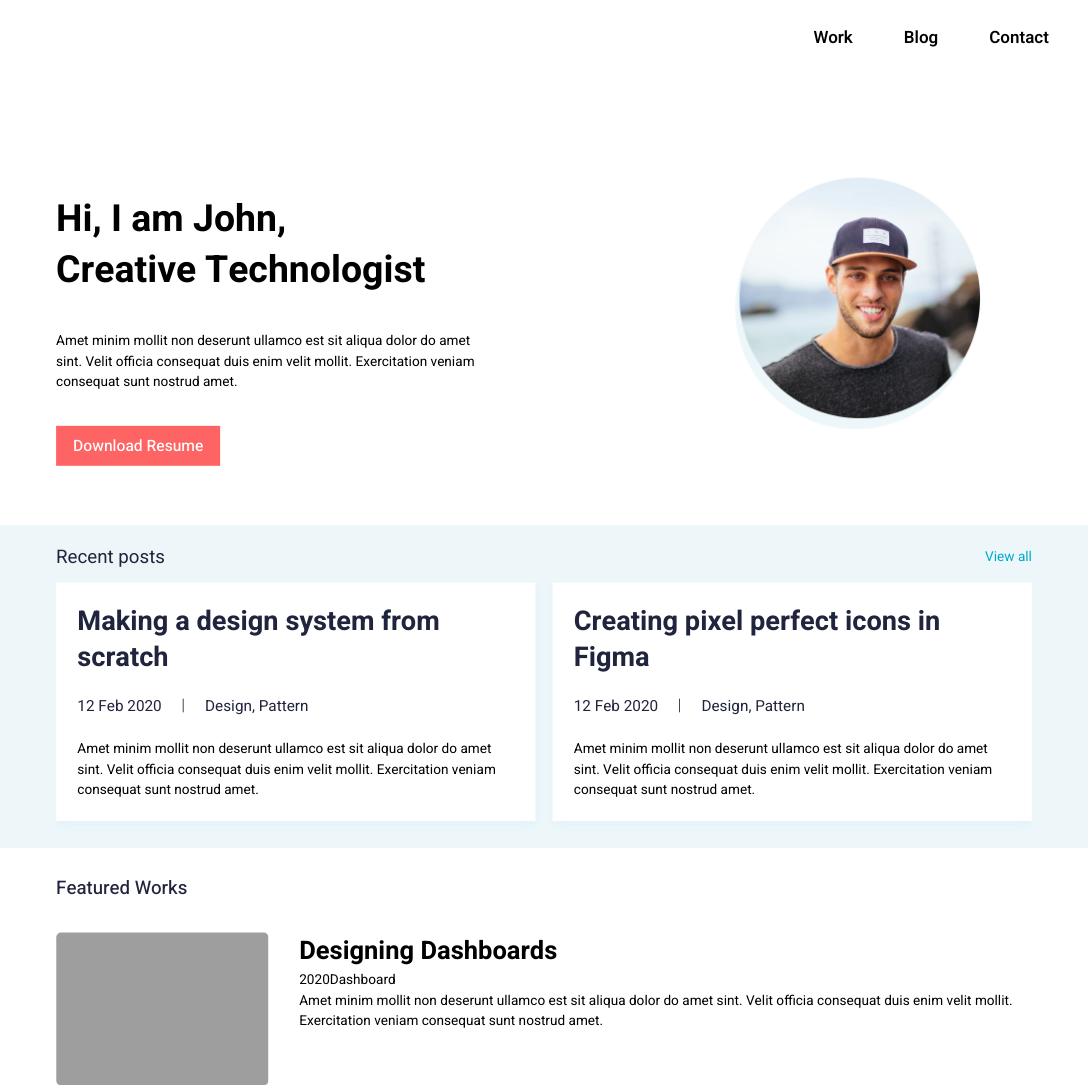
Repository: sharma171/portfolio
Page: /
An editor plug-in stored every save of this project. The page is shown before and after the next save, followed by the edit.
The browser window is 1280 px wide. The pictures show the whole page, at 85% of full size.
Pictures or frames that could not be fetched are drawn as grey boxes. The project was rebuilt for these pictures with package versions that can differ from the ones it lists, and the page was loaded fresh each time. The framework's server and built-in components were replaced by stand-ins that run in the browser. Also part of the build but not shown: next.config.mjs.

Above is the page before, as saved 2024-06-01 23:53:27.

After the next save:
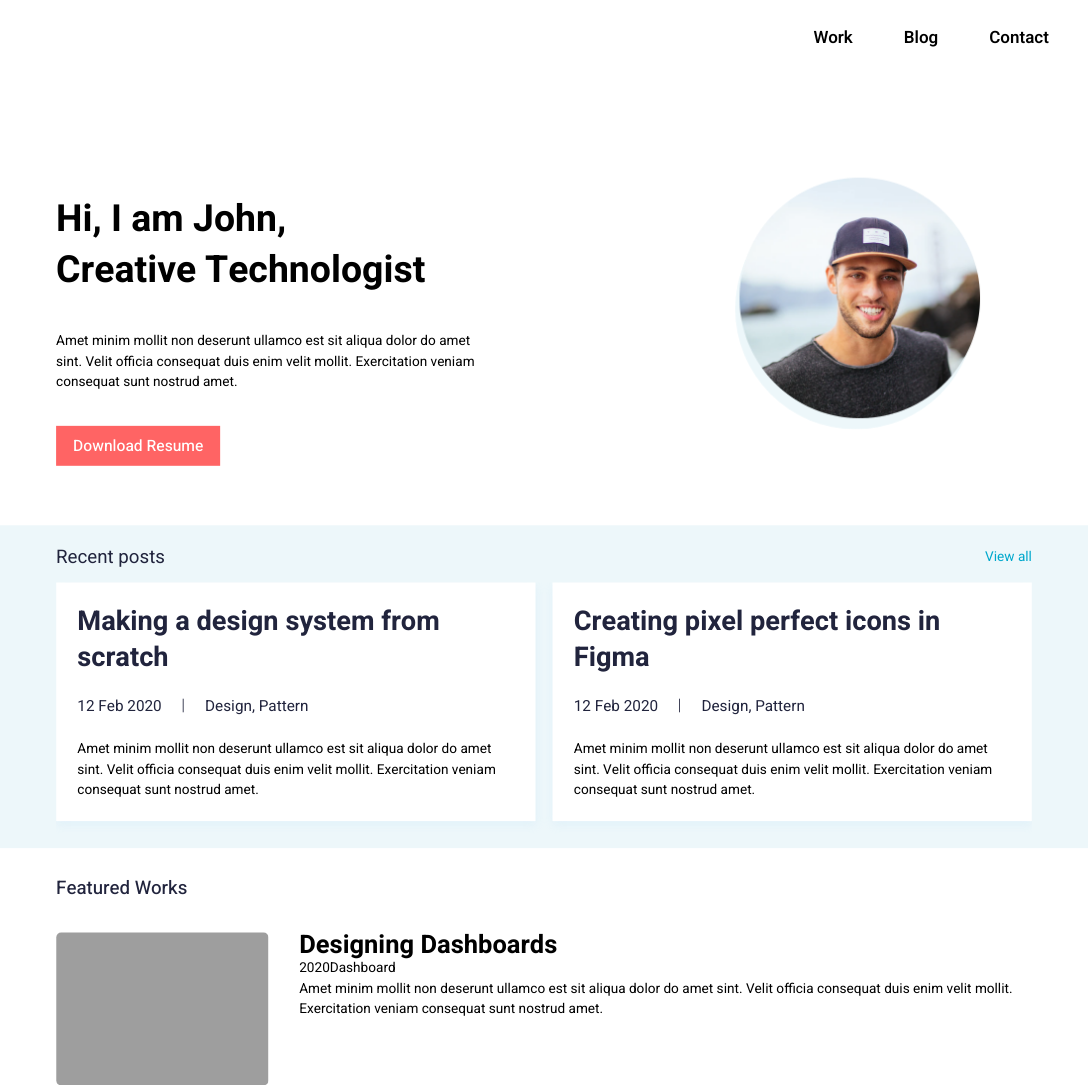
Saved 30 s later.
--- a/src/app/page.css
+++ b/src/app/page.css
@@ -203,6 +203,7 @@
 .workcards .card-item .card-info .heading {
   font-size: 30px;
   font-weight: 700;
+  line-height: 30px;
 }
 .workcards .card-item .card-info .info-row {}
 .workcards .card-item .card-info .info-row .date {}
